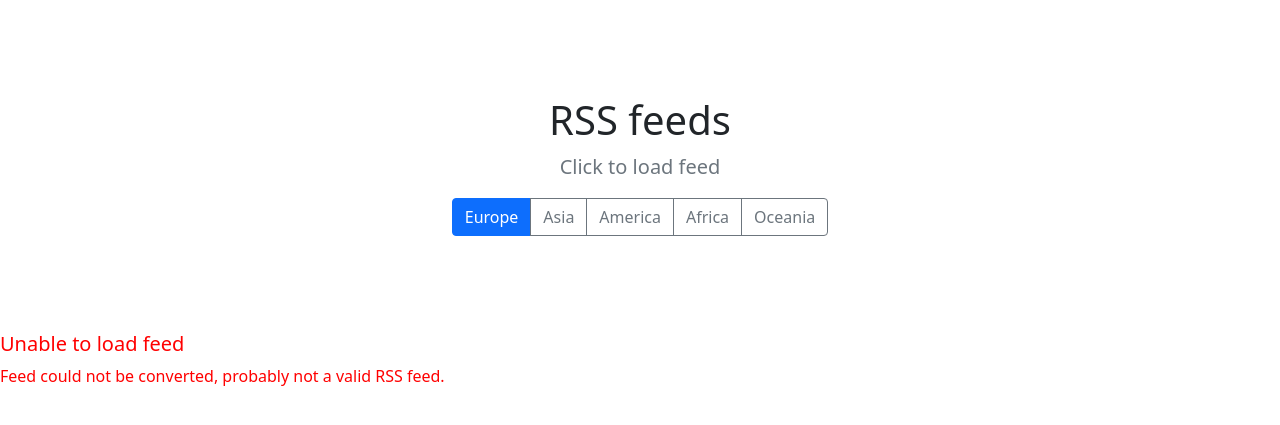
Repository: lilit1121/Templating-DOM-manipulation-and-data-processing
Page: europe.html
An editor plug-in stored every save of this project. The page is shown before and after the next save, followed by the edit.
The browser window is 1280 px wide. The pictures show the whole page.
The page's requests for data from a server got no answer.

Above is the page before, as saved 2023-02-09 16:11:17.

### europe.html
<!DOCTYPE html>
<html lang="en">
   <head>
    <meta charset="UTF-8" />
    <meta http-equiv="X-UA-Compatible" content="IE=edge" />
    <meta name="viewport" content="width=device-width, initial-scale=1.0" />
    <link rel="stylesheet" href="styles.css" />
    <link
      href="https://cdn.jsdelivr.net/npm/bootstrap@5.0.2/dist/css/bootstrap.min.css"
      rel="stylesheet"
      integrity="sha384-EVSTQN3/azprG1Anm3QDgpJLIm9Nao0Yz1ztcQTwFspd3yD65VohhpuuCOmLASjC"
      crossorigin="anonymous"
    />
    <script
      src="https://cdn.jsdelivr.net/npm/bootstrap@5.0.2/dist/js/bootstrap.bundle.min.js"
      integrity="sha384-MrcW6ZMFYlzcLA8Nl+NtUVF0sA7MsXsP1UyJoMp4YLEuNSfAP+JcXn/tWtIaxVXM"
      crossorigin="anonymous"
    ></script>
    <title>Templating, DOM manipulation and data processing</title>
  </head>
  <body>
    <section class="py-5 text-center container">
      <div class="row py-lg-5">
        <div class="col-lg-6 col-md-8 mx-auto">
          <h1 class="fw-light">RSS feeds</h1>
          <p class="lead text-muted">Click to load feed</p>
          <div class="btn-group">
            <a href="./europe.html#" class="btn btn-primary">Europe</a>
            <a href="./asia.html#" class="btn btn-outline-secondary">Asia</a>
            <a href="./americas.html#" class="btn btn-outline-secondary"
              >America</a
            >
            <a href="./africa.html#" class="btn btn-outline-secondary"
              >Africa</a
            >
            <a href="./oceania.html#" class="btn btn-outline-secondary"
              >Oceania</a
            >
          </div>
        </div>
      </div>
    </section>


    <!-- Loading state UI -->
    <div id="loadding" class="visually-hidden">
      <svg
      xmlns="http://www.w3.org/2000/svg"
      xmlns:xlink="http://www.w3.org/1999/xlink"
      style="margin: auto; background: #fff; display: block"
      width="200px"
      height="200px"
      viewBox="0 0 100 100"
      preserveAspectRatio="xMidYMid"
    >
      <circle
        cx="50"
        cy="50"
        r="32"
        stroke-width="8"
        stroke="#416cff"
        stroke-dasharray="50.26548245743669 50.26548245743669"
        fill="none"
        stroke-linecap="round"
      >
        <animateTransform
          attributeName="transform"
          type="rotate"
          repeatCount="indefinite"
          dur="1s"
          keyTimes="0;1"
          values="0 50 50;360 50 50"
        ></animateTransform>
      </circle>
    </svg>
  </div>

    <!-- Error state UI -->
    <div id="error">
      <div>
      <h5>Unable to load feed</h5>
      <!-- Show error message, if applicable -->
      Feed could not be converted, probably not a valid RSS feed.<br />
    </div>
  </div>
    <!-- Pagination -->
    <div  id="main_container" class="container">
    <section class="py-5 text-center container">
      <div class="row py-lg-5">
        <nav>
          <ul class="pagination">
            <li class="page-item disabled">
              <a class="page-link">Previous</a>
            </li>
            <li class="page-item active">
              <a class="page-link" href="#">1</a>
            </li>
            <li class="page-item">
              <a class="page-link" href="#">2</a>
            </li>
            <li class="page-item"><a class="page-link" href="#">3</a></li>
            <li class="page-item">
              <a class="page-link" href="#">Next</a>
            </li>
          </ul>
        </nav>
      </div>
    </section>

      <!-- Feed (Show no more than 5 posts per page) -->
      <div
       id="content_section"
        class="row row-cols-1 row-cols-sm-2 row-cols-md-3 g-3"
      ></div>


    <!-- Pagination -->
    <section class="py-5 text-center container">
      <div class="row py-lg-5">
        <nav>
          <ul class="pagination">
            <li class="page-item disabled">
              <a class="page-link">Previous</a>
            </li>
            <li class="page-item active">
              <a class="page-link" href="#">1</a>
            </li>
            <li class="page-item">
              <a class="page-link" href="#">2</a>
            </li>
            <li class="page-item"><a class="page-link" href="#">3</a></li>
            <li class="page-item">
              <a class="page-link" href="#">Next</a>
            </li>
          </ul>
        </nav>
      </div>
    </div>
    </section>
    <script src="./script.js"></script>
  </body>
</html>

### styles.css

.card-text {
    display: -webkit-box;
    -webkit-box-orient: vertical;
    -webkit-line-clamp: 4;
    overflow: hidden;
  }
#error{
  display: none;
  justify-content: center;
  color: red;
}

### script.js
const main_container = document.getElementById("main_container");
const content_section = document.getElementById("content_section");
const page_item = document.querySelectorAll(".page-item");
const loadding = document.getElementById("loadding");
const error = document.getElementById("error");
let countriesData;
let sliceStart = 0;
let currentPage = 1;



page_item.forEach((el) => {
  el.addEventListener("click", (event) => {
    changePage(event);
  });
});

function changePage(e) {
  if (e.target.innerText === "Next" && sliceStart < 10) {
    sliceStart += 5;
    currentPage = (sliceStart - 5) / 5 + 2;
  } else if (e.target.innerText === "Previous" && sliceStart > 0) {
    sliceStart -= 5;
    currentPage = (sliceStart + 5) / 5;
  } else if (
    e.target.innerText === "1" ||
    e.target.innerText === "2" ||
    e.target.innerText === "3"
  ) {
    currentPage = +e.target.innerText;
    sliceStart = (+e.target.innerText - 1) * 5;
  }
  page_item.forEach((el) => {
    el.classList.remove("active");
    el.classList.remove("disabled");
    if (currentPage === +el.innerText) el.classList.add("active");
    else if (currentPage === 1 && el.innerText === "Previous")
      el.classList.add("disabled");
    else if (currentPage === 3 && el.innerText === "Next")
      el.classList.add("disabled");
  });
  showCountrys(countriesData, sliceStart);
}

function showCountrys(countriesData, sliceStart) {
  let countrys = countriesData.slice(sliceStart, sliceStart + 5);
  content_section.innerHTML = "";
  for (let i = 0; i < countrys.length; i++) {
    content_section.innerHTML += `<div id="content_section" class="col">
    <div class="card shadow-sm">
      <img src=${countrys[i].flags.png} />
      <div class="card-body">
        <h4>
          Country: ${countrys[i].name.official}
        </h4>
        <h5>
          Country: ${countrys[i].capital ? countrys[i].capital[0] : undefined}
        </h5>
        <p class="card-text">
          <small
            >Population: ${countrys[i].population}</small
          >
        </p>
        <p><a href="#">Read more &rarr;</a></p>
        <div class="d-flex justify-content-between align-items-center">
          <!-- Format date appropriately as per browser/device region format -->
          <small class="text-muted">Dec 10, 2021</small>
        </div>
      </div>
    </div>
    </div>  `;
  }
}

(async function getCountriesDataByRegion() {
  loadding.style.display = "contents";
  main_container.style.display = "none";
  await fetch(
    `https://restcountries.com/v3.1/region/${
      window.location.pathname.slice(1).split(".")[0]
    }`
  )
    .then((res) => res.json())
    .then((data) => {
      countriesData = data.slice(0, 15);
      showCountrys(countriesData, sliceStart);
      main_container.style.display = "block";
    })
    .catch(() => (error.style.display = "contents"));

  loadding.style.display = "none";
})();

After the next save:
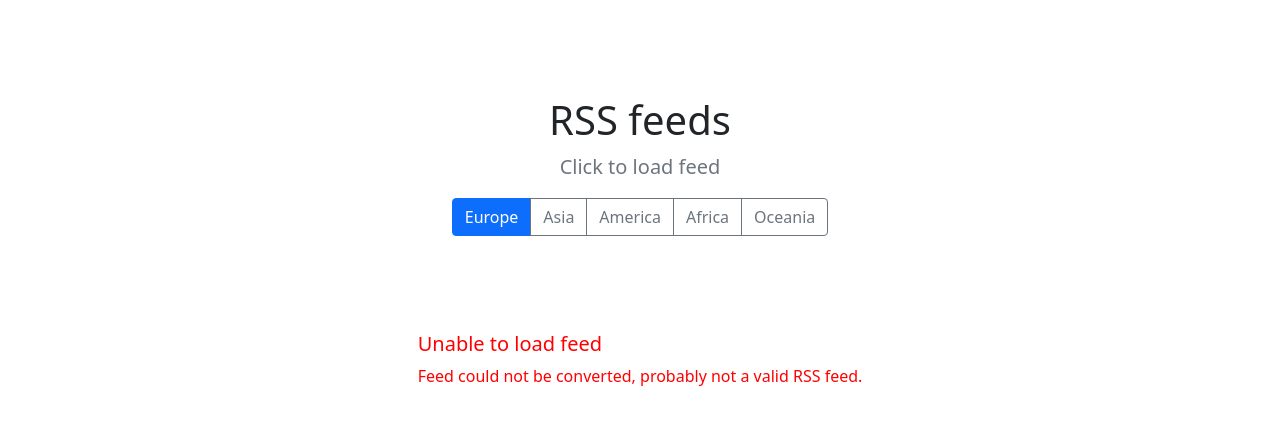
Saved 8 s later.
--- a/script.js
+++ b/script.js
@@ -86,7 +86,7 @@ function showCountrys(countriesData, sliceStart) {
       showCountrys(countriesData, sliceStart);
       main_container.style.display = "block";
     })
-    .catch(() => (error.style.display = "contents"));
+    .catch(() => (error.style.display = "flex"));
 
   loadding.style.display = "none";
 })();
